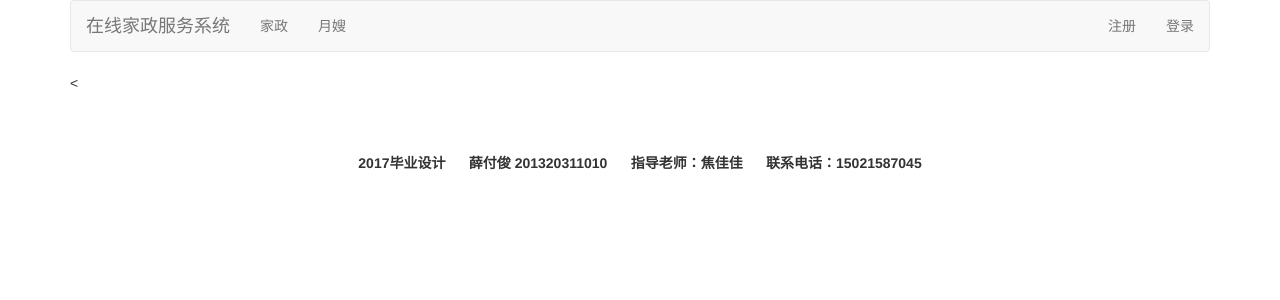
Repository: ELeonCXFJ/MyEclipseWS
Page: http://localhost/MyWeb/jsps/product/keeper/dailywork.jsp
These files come from the project's save history. The page is drawn as it stood at one moment and after the next save; the edit follows.
The browser window is 1280 px wide. The pictures show the whole page.
The page is served by Tomcat 9. Nobody is signed in. The application's start-up code is not run.

Above is the page before, as saved 2017-03-21 04:11:00.

After the next save:
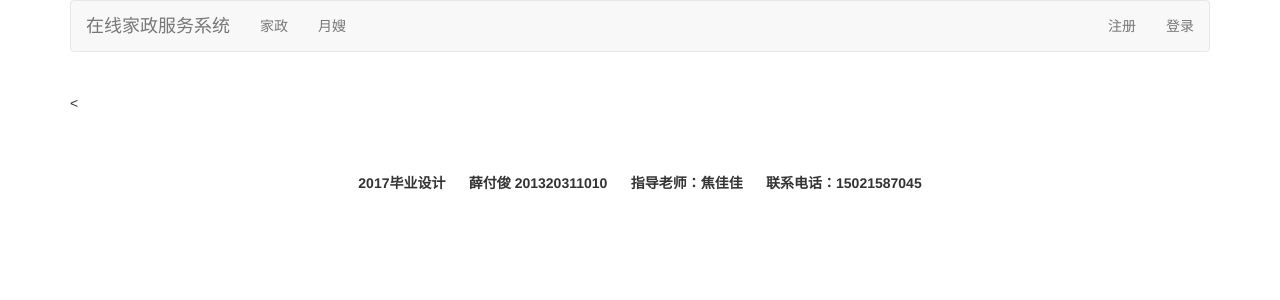
Saved 78 s later.
--- a/MyWeb/WebRoot/jsps/product/keeper/dailywork.jsp
+++ b/MyWeb/WebRoot/jsps/product/keeper/dailywork.jsp
@@ -16,7 +16,7 @@
 <div class="container">
 	<div class="row clearfix">
 	<c:import url="/top.jsp" />
-
+		<h3></h3>
 		<div class="col-lg-12 col-md-12 col-xs-12 col-sm-12">
 
 		</div>
